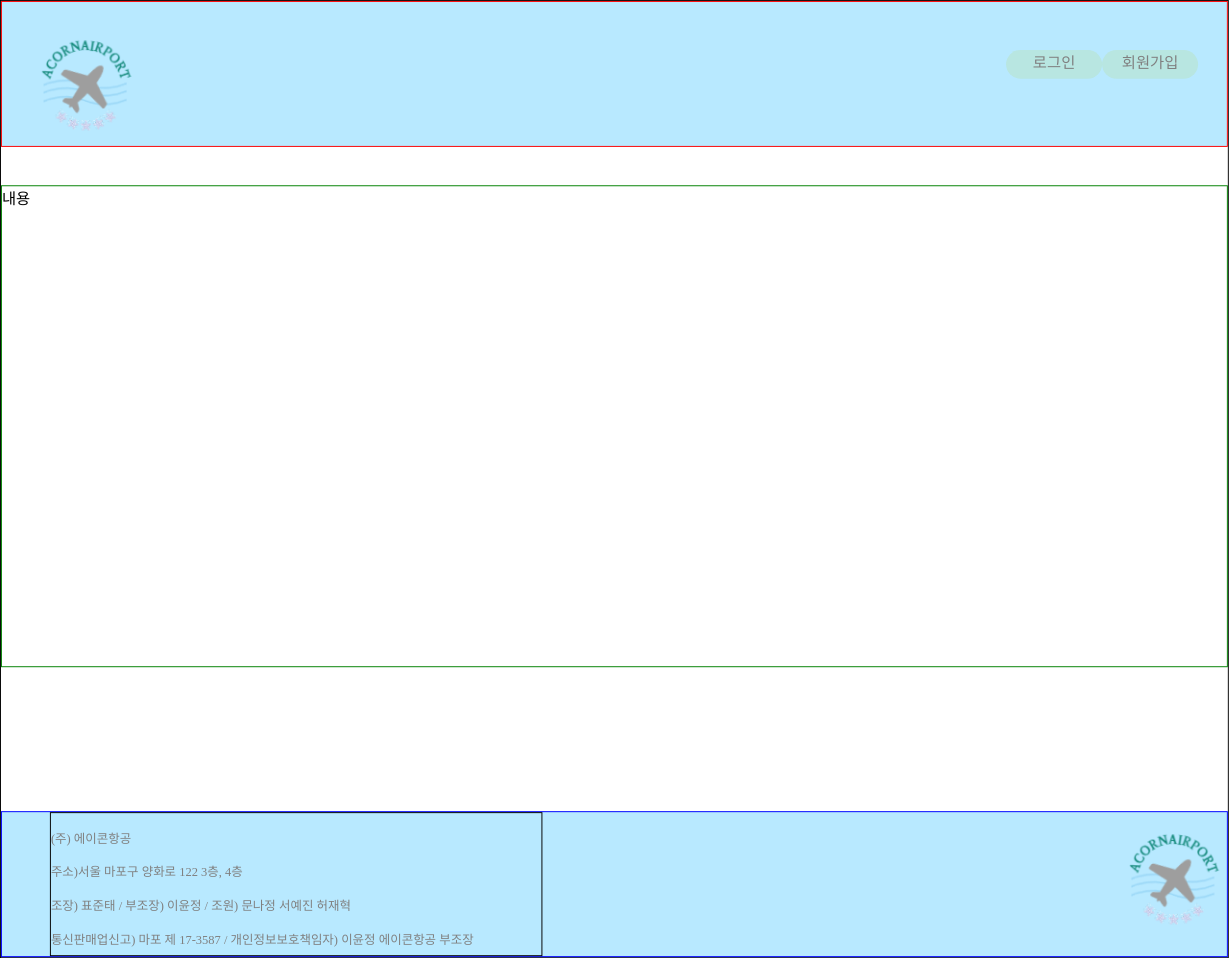
Repository: juntae710/Acorn_AirlineReservation_Project
Page: http://localhost/prj3_1/WEB-INF/views/h_index.jsp
An editor plug-in stored every save of this project. The page is shown before and after the next save, followed by the edit.
The browser window is 1280 px wide. The pictures show the whole page, at 96% of full size.
The page is served by Tomcat 9. Nobody is signed in. Other server files are loaded and not shown. The template is opened directly, without the code that normally fills it, so the values that code supplies are empty.

Above is the page before, as saved 2023-09-20 02:25:35.

### Eclipse/prj3_1/src/main/webapp/WEB-INF/views/h_index.jsp
<%@ page language="java" contentType="text/html; charset=UTF-8"
	pageEncoding="UTF-8"%>
<!DOCTYPE html>
<html>
<head>
<meta charset="UTF-8">
<title>Insert title here</title>
<style>
* {
	margin: 0;
}

main {
	border: 1px solid black;
}

header {
	border: 1px solid red;
	background-color: #B8E9FF;
	height: 150px;
	display: flex;
	position: relative;
}

.headerimg {
	width: 200px;
	height: 70px;
	position: absolute;
	left: 30px;
	top: 30px;
}

.headerAtag {
	display: flex;
	width: 200px;
	height: 50px;
	position: absolute;
	right: 30px;
	top: 30px;
	text-align: center;
}

section {
	border: 1px solid green;
	height: 500px;
	margin-top: 40px;
}

footer {
	border: 1px solid blue;
	height: 150px;
	margin-top: 150px;
	margin-bottom: 0px;
	display: flex;
	background-color: #B8E9FF ;
}
a{
	color: gray;
	text-decoration: none;
	}


.a_box{
		margin-top: 20px;
		border-radius: 40px;
		background-color: #B8E6E1;
		width: 100px;
		height: 30px;
		}

.footer_info {
	border: 1px solid black;
	margin-left: 50px;
	width: 1000px;
	font-size: 13px;
	color: gray;
}

.footer_img {
	width: 200px;
	height: 100px;
	margin-left: 600px;
	margin-top: 13px;
}
</style>
</head>
<body>
	<main>
		<header>
			<div class="headerimg">
				<img alt="이미지" src="<%=request.getContextPath()%>/img/acornairport.png">
			</div>

			<%
			String id = (String) session.getAttribute("id");
			%>

			<div class="headerAtag">
				<%
				if (id == null) {
				%>
				<div class="a_box"><a href="<%=request.getContextPath()%>/h_login">로그인</a></div>
				<%
				%>
				<div class="a_box"><a href="<%=request.getContextPath()%>/l_join">회원가입</a></div>
				<%
				} else {
				%>
				<p>아이디: <%=id%>님 </p>
				<div class="a_box"><a href="<%=request.getContextPath()%>/h_logOut">로그아웃</a></div>
				<div class="a_box"><a href="<%=request.getContextPath()%>/smain">마이페이지</a></div>

				<%
				}
				%>
			</div>

		</header>

		<section>내용</section>



		<footer>
			<div class="footer_info">
				<br>(주) 에이콘항공 <br>
				<br> 주소)서울 마포구 양화로 122 3층, 4층 <br>
				<br> 조장) 표준태 / 부조장) 이윤정 / 조원) 문나정 서예진 허재혁 <br>
				<br> 통신판매업신고) 마포 제 17-3587 / 개인정보보호책임자) 이윤정 에이콘항공 부조장
			</div>
			<div class="footer_img">
				<img alt="이미지" src="<%=request.getContextPath()%>/img/acornairport.png">
			</div>
		</footer>
	</main>
</body>
</html>

After the next save:
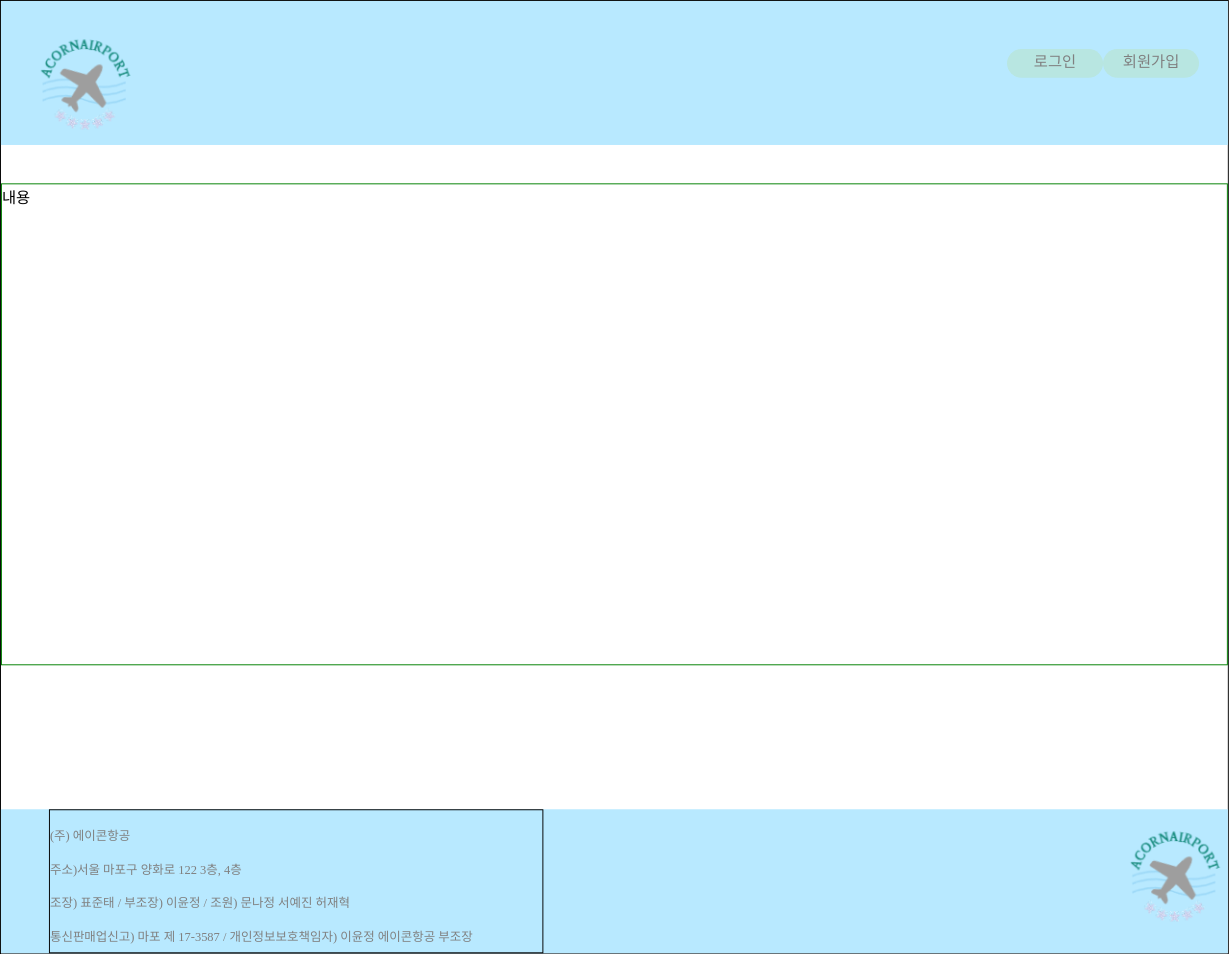
Saved 56 s later.
--- a/Eclipse/prj3_1/src/main/webapp/WEB-INF/views/h_index.jsp
+++ b/Eclipse/prj3_1/src/main/webapp/WEB-INF/views/h_index.jsp
@@ -15,7 +15,6 @@ main {
 }
 
 header {
-	border: 1px solid red;
 	background-color: #B8E9FF;
 	height: 150px;
 	display: flex;
@@ -47,7 +46,6 @@ section {
 }
 
 footer {
-	border: 1px solid blue;
 	height: 150px;
 	margin-top: 150px;
 	margin-bottom: 0px;
